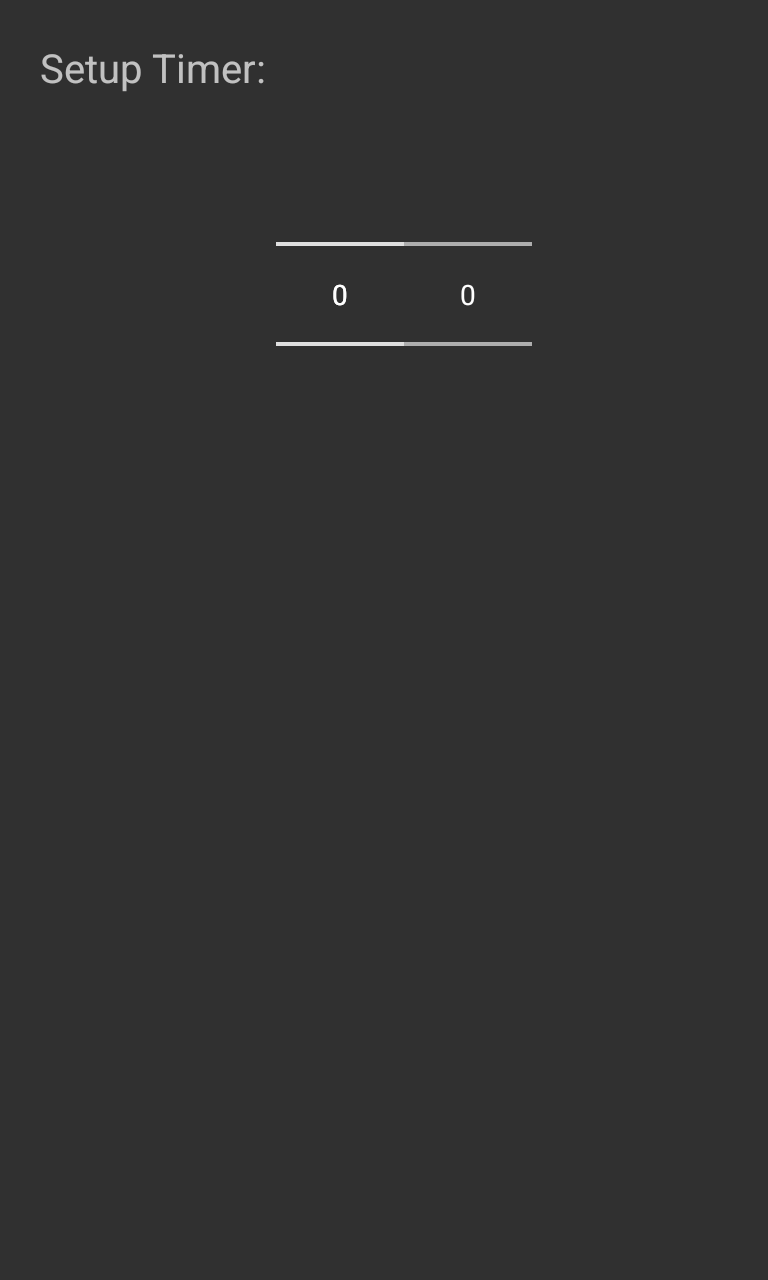
Repository: deanzaka/Shroom-Smart-Terminal
Layout: IOIOShroomST/res/layout/timer.xml
The author's editor kept a copy of each file at every save. The layout is drawn from the files as they stood at one save, then again after the next save.
It is drawn on a 768 x 1280 px phone screen (xhdpi) without system bars, with theme Theme.AppCompat; the app's code is not run.

Above is the layout before, as saved 2014-11-18 09:58:53.

### IOIOShroomST/res/layout/timer.xml
<?xml version="1.0" encoding="utf-8"?>
<LinearLayout xmlns:android="http://schemas.android.com/apk/res/android"
    android:orientation="vertical"
    android:layout_width="fill_parent"
    android:layout_height="fill_parent">

    <TextView
        android:layout_width="wrap_content"
        android:layout_height="wrap_content"
        android:text="@string/timer_setup_label"
        android:textSize="20sp"
        android:paddingTop="20dp"
        android:paddingLeft="20dp"/>

    <RelativeLayout
	    android:layout_width="fill_parent"
	    android:layout_height="wrap_content"
	    android:gravity="center_horizontal"
	    android:paddingTop="10dp"
	    android:paddingLeft="20dp">

	    <NumberPicker
		    android:id="@+id/userHour"
		    android:layout_width="wrap_content"
		    android:layout_height="wrap_content" />

	    <NumberPicker
		    android:id="@+id/userMin"
		    android:layout_width="wrap_content"
		    android:layout_height="wrap_content"
		    android:layout_toRightOf="@id/userHour"/>

	    <NumberPicker
		    android:id="@+id/userSec"
		    android:layout_width="wrap_content"
		    android:layout_height="wrap_content"
		    android:layout_alignParentLeft="true"/>

	</RelativeLayout>

</LinearLayout>

### IOIOShroomST/res/values/strings.xml
<?xml version="1.0" encoding="utf-8"?>
<resources>

    <string name="app_name">Shroom - Smart Outlet</string>
    <string name="terminal_1">Plug 1</string>
    <string name="terminal_2">Plug 2</string>
    <string name="terminal_3">Plug 3</string>
    <string name="lamp">Lamp</string>
    <string name="light_label">Light intensity: </string>
    <string name="light_setup_label">Light setup: </string>
    <string name="temp_label">Temperature: </string>
    <string name="temp_setup_label">Temperature setup: </string>
    <string name="timer_setup_label">Setup Timer: </string>
    <string name="cel_label">celcius</string>
    <string name="lux_label">lux</string>
    <string name="auto_label">Auto Mode</string>
    <string name="action_sensors">Sensors</string>
    <string name="action_settings">Setting</string>
    <string name="action_timer">Timer</string>
    <string name="yes_answer">Yes</string>
    <string name="no_answer">No</string>
    <string name="title_activity_settings">Settings</string>
    <string name="hello_world">Hello world!</string>
    <string name="title_activity_sensors">Sensors</string>
    <string name="light_sensor">Light</string>
    <string name="temp_sensor">Temp</string>
    <string name="timer">Timer</string>
    <string name="title_activity_timer">Timer</string>

</resources>

After the next save:
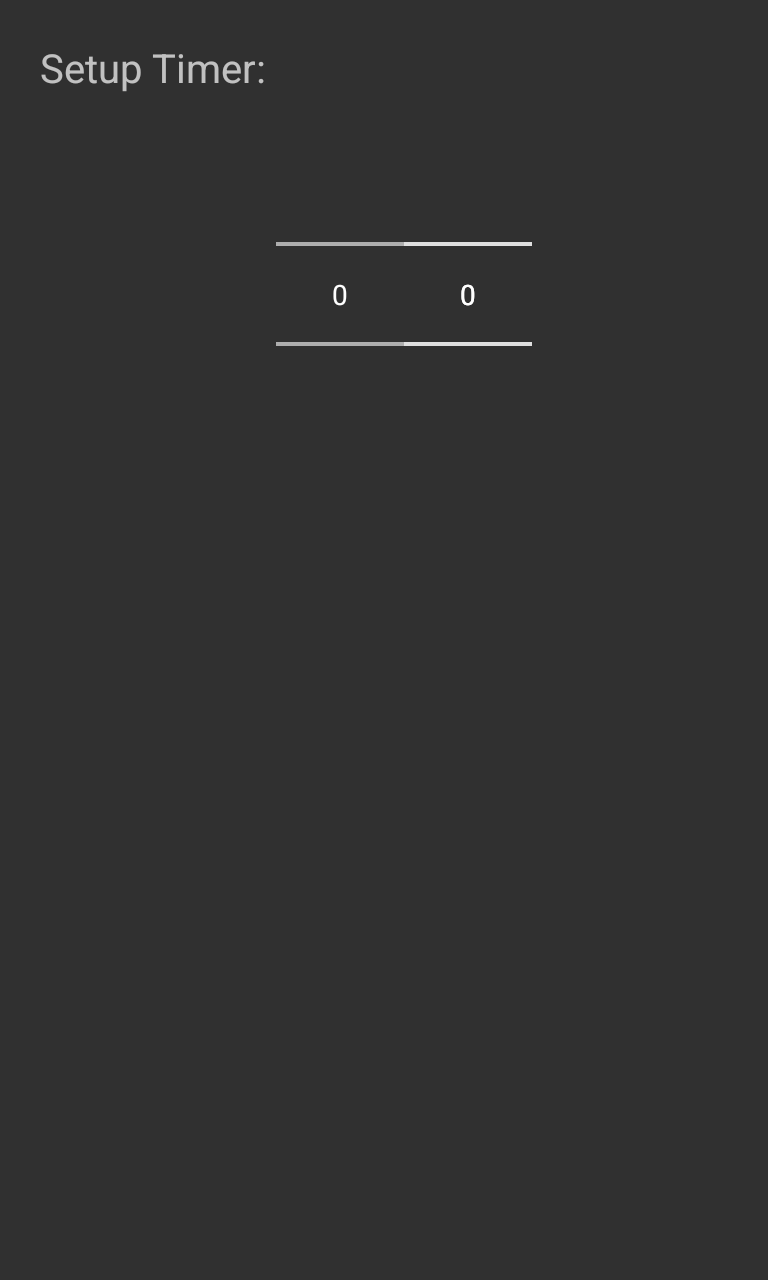
Saved 20 s later.
--- a/IOIOShroomST/res/layout/timer.xml
+++ b/IOIOShroomST/res/layout/timer.xml
@@ -34,7 +34,7 @@
 		    android:id="@+id/userSec"
 		    android:layout_width="wrap_content"
 		    android:layout_height="wrap_content"
-		    android:layout_alignParentLeft="true"/>
+		    android:layout_toRightOf="@id/userHour"/>
 
 	</RelativeLayout>
 
